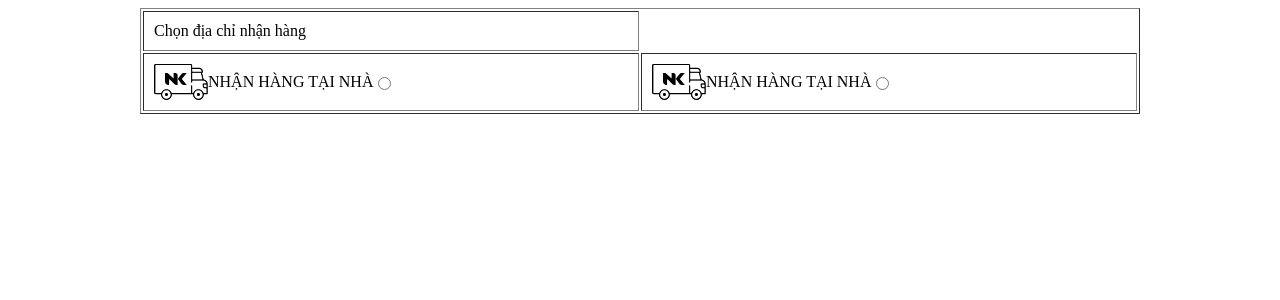
Repository: Tan-Khang21/TH_TKW--Buoi_04
Page: Bai_Tap_Tren_Lop/Bai_03/Bai_03.html
These files come from the project's save history. The page is drawn as it stood at one moment and after the next save; the edit follows.
The browser window is 1280 px wide. The pictures show the whole page.

Above is the page before, as saved 2024-03-07 21:38:17.

### Bai_Tap_Tren_Lop/Bai_03/Bai_03.html
<!DOCTYPE html>
<html lang="en">
  <head>
    <meta charset="UTF-8" />
    <meta name="viewport" content="width=device-width, initial-scale=1.0" />
    <link rel="stylesheet" href="style.css" />
    <title>Document</title>
  </head>
  <style>
    #redRadio:checked ~ #icon path {
      fill: yellow;
    }
  </style>
  <body>
    <form style="width: 1000px; margin: 0 auto">
      <table border="1px" cellpadding="10px" style="width: 1000px">
        <tr>
          <td>Chọn địa chỉ nhận hàng</td>
        </tr>
        <tr>
          <td>
            <div style="display: flex; align-items: center;">
              <svg
                id="icon"
                width="54"
                height="36"
                viewBox="0 0 54 36"
                fill="none"
              >
                <path
                  d="M44.4198 36C41.4513 36 39.0225 33.5712 39.0225 30.6027C39.0225 30.4138 38.8606 30.1709 38.6717 30.1709H18.1889C18 30.1709 17.8381 30.3328 17.8381 30.5217C17.8381 33.5442 15.4093 35.973 12.4408 35.973C9.47226 35.973 7.04348 33.5442 7.04348 30.5757C7.04348 30.3868 6.88156 30.1439 6.69265 30.1439H1.75412C0.944528 30.1439 0.134933 29.5232 0 28.8486V28.6597V1.51124C0 0.674663 0.944528 0 1.75412 0H36.6477C37.4843 0 38.1589 0.674663 38.1589 1.51124V3.50825C38.1589 3.69715 38.3208 3.85907 38.5097 3.85907H45.3643C47.2804 3.85907 48.8186 5.3973 48.8186 7.31334V8.28486C48.8186 8.52774 48.6297 8.77061 48.3868 8.82459C48.2789 8.85157 48.1979 8.90555 48.1439 8.98651C48.09 9.06747 48.09 9.17541 48.09 9.25637L49.6012 15.2744C49.6282 15.4093 49.7631 15.5172 49.8981 15.5442C52.03 15.8681 53.6492 17.7571 53.6492 19.916V29.6042C53.6492 29.901 53.4063 30.1439 53.1095 30.1439H50.1409C49.952 30.1439 49.7901 30.3058 49.7901 30.4948C49.8171 33.5712 47.3883 36 44.4198 36ZM44.4198 26.2849C42.045 26.2849 40.1289 28.2279 40.1289 30.5757C40.1289 32.9235 42.072 34.8666 44.4198 34.8666C46.7946 34.8666 48.7107 32.9505 48.7107 30.5757C48.7107 28.2009 46.7946 26.2849 44.4198 26.2849ZM12.4408 26.2849C10.066 26.2849 8.14993 28.2279 8.14993 30.5757C8.14993 32.9235 10.093 34.8666 12.4408 34.8666C14.7886 34.8666 16.7316 32.9775 16.7316 30.6027C16.7316 28.2279 14.7886 26.2849 12.4408 26.2849ZM44.4198 25.2054C46.7136 25.2054 48.7646 26.6627 49.5202 28.8486C49.5742 28.9835 49.7092 29.0915 49.8711 29.0915H52.2459C52.4348 29.0915 52.5967 28.9295 52.5967 28.7406V24.7196C52.5967 24.5307 52.4348 24.3688 52.2459 24.3688H51.2204C49.8441 24.3688 48.7376 23.2624 48.7376 21.8861V19.943C48.7376 19.6462 48.9805 19.4033 49.2774 19.4033H52.084C52.1919 19.4033 52.2999 19.3493 52.3808 19.2414C52.4348 19.1604 52.4618 19.0255 52.4348 18.9175C52.003 17.5412 50.7077 16.5967 49.2774 16.5967H38.5637C38.3748 16.5967 38.2129 16.7586 38.2129 16.9475V17.973C38.2129 18.2699 37.97 18.5127 37.6732 18.5127C37.3763 18.5127 37.1334 18.2699 37.1334 17.973V1.51124C37.1334 1.32234 36.9175 1.07946 36.7017 1.07946H1.75412C1.56522 1.07946 1.34933 1.32234 1.34933 1.51124V28.6597C1.34933 28.8486 1.56522 29.0915 1.78111 29.0915H7.01649C7.17841 29.0915 7.31334 28.9835 7.36732 28.8486C8.12294 26.6627 10.1739 25.2054 12.4678 25.2054C14.7616 25.2054 16.8126 26.6627 17.5682 28.8486C17.6222 28.9835 17.7571 29.0915 17.919 29.0915H36.7826C36.9715 29.0915 37.1334 28.9295 37.1334 28.7406V21.8861C37.1334 21.5892 37.3763 21.3463 37.6732 21.3463C37.97 21.3463 38.2129 21.5892 38.2129 21.8861V28.7406C38.2129 28.9295 38.3748 29.0915 38.5637 29.0915H38.9955C39.1574 29.0915 39.2924 28.9835 39.3463 28.8486C40.075 26.6627 42.1259 25.2054 44.4198 25.2054ZM50.1679 20.4828C49.979 20.4828 49.8171 20.6447 49.8171 20.8336V21.8591C49.8171 22.6147 50.4378 23.2624 51.2204 23.2624H52.2459C52.4348 23.2624 52.5967 23.1005 52.5967 22.9115V20.8606C52.5967 20.6717 52.4348 20.5097 52.2459 20.5097H50.1679V20.4828ZM38.5367 8.85157C38.3478 8.85157 38.1859 9.01349 38.1859 9.2024V15.1394C38.1859 15.3283 38.3478 15.4903 38.5367 15.4903H48.09C48.1979 15.4903 48.3059 15.4363 48.3868 15.3553C48.4678 15.2744 48.4678 15.1394 48.4408 15.0315L46.9565 9.09445C46.9026 8.93253 46.7676 8.82459 46.6057 8.82459H38.5367V8.85157ZM38.5367 4.96552C38.3478 4.96552 38.1859 5.12744 38.1859 5.31634V7.36732C38.1859 7.55622 38.3478 7.71814 38.5367 7.71814H47.3883C47.5772 7.71814 47.7391 7.55622 47.7391 7.36732C47.7391 6.01799 46.6867 4.93853 45.3643 4.93853H38.5367V4.96552Z"
                  fill="black"
                />
                <path
                  d="M44.4198 35.7301C41.5862 35.7301 39.2923 33.4363 39.2923 30.6027C39.2923 30.2789 39.0225 29.9011 38.6716 29.9011H18.1889C17.8381 29.9011 17.5682 30.1979 17.5682 30.5217C17.5682 31.925 17.0285 33.2204 16.0569 34.1919C15.0854 35.1634 13.8171 35.7032 12.4408 35.7032C9.60717 35.7032 7.31331 33.4093 7.31331 30.5757C7.31331 30.2519 7.04345 29.8741 6.69262 29.8741H1.75409C1.07943 29.8741 0.377782 29.3613 0.269836 28.7946V28.6327V1.51125C0.269836 0.836584 1.07943 0.269867 1.75409 0.269867H36.6476C37.3223 0.269867 37.889 0.836584 37.889 1.51125V3.50825C37.889 3.85907 38.1859 4.12894 38.5097 4.12894H45.3643C47.1184 4.12894 48.5487 5.55922 48.5487 7.31335V8.28486C48.5487 8.41979 48.4677 8.52774 48.3328 8.55472C48.1709 8.58171 48.009 8.68966 47.928 8.82459C47.847 8.95952 47.8201 9.14843 47.847 9.31035L49.3583 15.3283C49.4123 15.5712 49.6282 15.7601 49.871 15.8141C51.895 16.1109 53.4063 17.8921 53.4063 19.916V29.6042C53.4063 29.7661 53.2713 29.8741 53.1364 29.8741H50.1679C49.8171 29.8741 49.5472 30.1709 49.5472 30.4948C49.5472 31.8981 49.0075 33.1934 48.036 34.1649C47.0644 35.1904 45.7961 35.7301 44.4198 35.7301ZM44.4198 26.015C41.91 26.015 39.859 28.066 39.859 30.5757C39.859 33.0855 41.91 35.1364 44.4198 35.1364C46.9295 35.1364 48.9805 33.0855 48.9805 30.5757C48.9805 28.066 46.9295 26.015 44.4198 26.015ZM12.4408 26.015C9.93101 26.015 7.88003 28.066 7.88003 30.5757C7.88003 33.0855 9.93101 35.1364 12.4408 35.1364C14.9505 35.1364 17.0015 33.1124 17.0015 30.6027C17.0015 28.066 14.9505 26.015 12.4408 26.015ZM44.4198 25.4753C46.6057 25.4753 48.5487 26.8516 49.2503 28.9295C49.3313 29.1724 49.5742 29.3613 49.844 29.3613H52.2189C52.5697 29.3613 52.8396 29.0645 52.8396 28.7406V24.7196C52.8396 24.3688 52.5427 24.099 52.2189 24.099H51.1934C49.979 24.099 48.9805 23.1005 48.9805 21.8861V19.943C48.9805 19.7811 49.1154 19.6732 49.2503 19.6732H52.0839C52.2728 19.6732 52.4887 19.5652 52.5967 19.4033C52.7046 19.2414 52.7586 19.0255 52.6776 18.8366C52.1919 17.3523 50.8156 16.3268 49.2503 16.3268H38.5367C38.1859 16.3268 37.916 16.6237 37.916 16.9475V17.973C37.916 18.1349 37.7811 18.2429 37.6461 18.2429C37.4842 18.2429 37.3763 18.1079 37.3763 17.973V1.51125C37.3763 1.16042 37.0255 0.809597 36.6746 0.809597H1.75409C1.40327 0.809597 1.07943 1.16042 1.07943 1.51125V28.6597C1.07943 29.0105 1.43026 29.3613 1.78108 29.3613H7.01646C7.28633 29.3613 7.52921 29.1994 7.61017 28.9295C8.3388 26.8516 10.2818 25.4753 12.4408 25.4753C14.6267 25.4753 16.5697 26.8516 17.2713 28.9295C17.3523 29.1724 17.5952 29.3613 17.865 29.3613H36.7286C37.0794 29.3613 37.3493 29.0645 37.3493 28.7406V21.8861C37.3493 21.7241 37.4842 21.6162 37.6192 21.6162C37.7541 21.6162 37.889 21.7511 37.889 21.8861V28.7406C37.889 29.0915 38.1859 29.3613 38.5097 29.3613H38.9415C39.2114 29.3613 39.4542 29.1994 39.5352 28.9295C40.2908 26.8516 42.2339 25.4753 44.4198 25.4753ZM50.1679 20.2129C49.8171 20.2129 49.5472 20.5097 49.5472 20.8336V21.8591C49.5472 22.7766 50.3028 23.5322 51.2204 23.5322H52.2458C52.5967 23.5322 52.8665 23.2354 52.8665 22.9115V20.8606C52.8665 20.5097 52.5697 20.2399 52.2458 20.2399H50.1679V20.2129ZM38.5367 8.58171C38.1859 8.58171 37.916 8.87856 37.916 9.2024V15.1394C37.916 15.4903 38.2129 15.7601 38.5367 15.7601H48.0899C48.2788 15.7601 48.4677 15.6792 48.6027 15.5172C48.7106 15.3553 48.7646 15.1664 48.7106 14.9775L47.2264 9.04048C47.1454 8.77062 46.9025 8.55472 46.6057 8.55472H38.5367V8.58171ZM38.5367 4.69565C38.1859 4.69565 37.916 4.99251 37.916 5.31634V7.36732C37.916 7.71814 38.2129 7.98801 38.5367 7.98801H47.3883C47.7391 7.98801 48.009 7.69116 48.009 7.36732C48.009 5.85607 46.8485 4.66867 45.3643 4.66867H38.5367V4.69565Z"
                  fill="black"
                />
                <path
                  d="M12.4408 32.114C11.6042 32.114 10.9296 31.4393 10.9296 30.6027C10.9296 29.7661 11.6042 29.0915 12.4408 29.0915C13.2774 29.0915 13.9521 29.7661 13.9521 30.6027C13.9521 31.4393 13.2774 32.114 12.4408 32.114Z"
                  fill="black"
                />
                <path
                  d="M12.4408 31.8441C11.7661 31.8441 11.1994 31.2774 11.1994 30.6027C11.1994 29.928 11.7661 29.3613 12.4408 29.3613C13.1154 29.3613 13.6822 29.928 13.6822 30.6027C13.6822 31.2774 13.1154 31.8441 12.4408 31.8441Z"
                  fill="black"
                />
                <path
                  d="M44.4198 32.114C43.5832 32.114 42.9086 31.4393 42.9086 30.6027C42.9086 29.7661 43.5832 29.0915 44.4198 29.0915C45.2564 29.0915 45.9311 29.7661 45.9311 30.6027C45.9311 31.4393 45.2564 32.114 44.4198 32.114Z"
                  fill="black"
                />
                <path
                  d="M44.4198 31.8441C43.7451 31.8441 43.1784 31.2774 43.1784 30.6027C43.1784 29.928 43.7451 29.3613 44.4198 29.3613C45.0944 29.3613 45.6612 29.928 45.6612 30.6027C45.6612 31.2774 45.0944 31.8441 44.4198 31.8441Z"
                  fill="black"
                />
                <path
                  d="M15.0767 14.8238V20.9712C14.8826 21.0359 14.6884 20.9712 14.559 20.9712C14.1061 20.9712 13.7178 20.9065 13.2648 20.7771C12.0354 20.3889 11.3235 19.5476 11.1294 18.3182C11.0647 17.9299 11 17.5416 11 17.2181C11 14.565 11 11.9119 11 9.32355V9C11.0647 9 11.0647 9 11.1294 9C11.7118 9 12.2942 9 12.8766 9.06471C13.2001 9.06471 13.5237 9.12942 13.7825 9.25884C14.0413 9.32355 14.2355 9.51768 14.4296 9.64709C16.0473 11.2001 17.7298 12.8179 19.3475 14.3709C19.4122 14.4356 19.4769 14.5003 19.5416 14.565C19.6063 14.5003 19.6064 14.4356 19.6064 14.3709C19.6064 13.7885 19.6064 13.2061 19.6064 12.6237V9.25884V9C20.1887 9 20.7711 9 21.2888 9C21.5476 9 21.8712 9.06471 22.13 9.12942C22.9712 9.32355 23.4242 9.84122 23.5536 10.6824C23.6183 10.9413 23.6183 11.2001 23.6183 11.459C23.6183 12.6237 23.6183 13.7885 23.6183 14.9533C23.6183 16.8945 23.6183 18.9005 23.6183 20.8418C23.6183 20.9065 23.6183 20.9065 23.6183 20.9712H23.5536C22.8418 20.9712 22.1947 20.9065 21.5476 20.7124C21.1594 20.583 20.8358 20.3889 20.577 20.13C19.2181 18.8358 17.8592 17.5416 16.5003 16.2475C16.0473 15.7945 15.5944 15.4062 15.1414 14.9533C15.2061 14.9533 15.1414 14.8886 15.0767 14.8238Z"
                  fill="black"
                />
                <path
                  d="M32.807 20.9712C32.7423 20.9712 32.6776 20.9712 32.6776 20.9712C31.6423 20.9712 30.6069 20.9712 29.5716 20.9712C29.3127 20.9712 29.0539 20.9065 28.8598 20.8418C28.3421 20.7124 27.9538 20.3889 27.6303 20.0006C26.4008 18.3182 25.1713 16.7004 23.8771 15.018L23.8124 14.9533C24.0713 14.6297 24.2654 14.2415 24.5242 13.9179C25.4302 12.6237 26.4008 11.3942 27.4362 10.1648C27.5009 10.0354 27.695 9.84122 27.8244 9.64709C28.2127 9.25884 28.6656 9.06471 29.1833 9C29.4422 9 29.7657 9 30.0245 9C30.8658 9 31.707 9 32.4835 9H32.7423C31.0599 10.9413 29.3774 12.8826 27.8244 15.018C29.5069 17.024 31.1246 18.9652 32.807 20.9712Z"
                  fill="black"
                />
              </svg>
              <label for="redRadio">NHẬN HÀNG TẠI NHÀ</label>
              <input type="radio" id="redRadio" name="color" value="red" />
            </div>
          </td>
          <td>
            <div style="display: flex; align-items: center;">
              <svg
                id="icon"
                width="54"
                height="36"
                viewBox="0 0 54 36"
                fill="none"
              >
                <path
                  d="M44.4198 36C41.4513 36 39.0225 33.5712 39.0225 30.6027C39.0225 30.4138 38.8606 30.1709 38.6717 30.1709H18.1889C18 30.1709 17.8381 30.3328 17.8381 30.5217C17.8381 33.5442 15.4093 35.973 12.4408 35.973C9.47226 35.973 7.04348 33.5442 7.04348 30.5757C7.04348 30.3868 6.88156 30.1439 6.69265 30.1439H1.75412C0.944528 30.1439 0.134933 29.5232 0 28.8486V28.6597V1.51124C0 0.674663 0.944528 0 1.75412 0H36.6477C37.4843 0 38.1589 0.674663 38.1589 1.51124V3.50825C38.1589 3.69715 38.3208 3.85907 38.5097 3.85907H45.3643C47.2804 3.85907 48.8186 5.3973 48.8186 7.31334V8.28486C48.8186 8.52774 48.6297 8.77061 48.3868 8.82459C48.2789 8.85157 48.1979 8.90555 48.1439 8.98651C48.09 9.06747 48.09 9.17541 48.09 9.25637L49.6012 15.2744C49.6282 15.4093 49.7631 15.5172 49.8981 15.5442C52.03 15.8681 53.6492 17.7571 53.6492 19.916V29.6042C53.6492 29.901 53.4063 30.1439 53.1095 30.1439H50.1409C49.952 30.1439 49.7901 30.3058 49.7901 30.4948C49.8171 33.5712 47.3883 36 44.4198 36ZM44.4198 26.2849C42.045 26.2849 40.1289 28.2279 40.1289 30.5757C40.1289 32.9235 42.072 34.8666 44.4198 34.8666C46.7946 34.8666 48.7107 32.9505 48.7107 30.5757C48.7107 28.2009 46.7946 26.2849 44.4198 26.2849ZM12.4408 26.2849C10.066 26.2849 8.14993 28.2279 8.14993 30.5757C8.14993 32.9235 10.093 34.8666 12.4408 34.8666C14.7886 34.8666 16.7316 32.9775 16.7316 30.6027C16.7316 28.2279 14.7886 26.2849 12.4408 26.2849ZM44.4198 25.2054C46.7136 25.2054 48.7646 26.6627 49.5202 28.8486C49.5742 28.9835 49.7092 29.0915 49.8711 29.0915H52.2459C52.4348 29.0915 52.5967 28.9295 52.5967 28.7406V24.7196C52.5967 24.5307 52.4348 24.3688 52.2459 24.3688H51.2204C49.8441 24.3688 48.7376 23.2624 48.7376 21.8861V19.943C48.7376 19.6462 48.9805 19.4033 49.2774 19.4033H52.084C52.1919 19.4033 52.2999 19.3493 52.3808 19.2414C52.4348 19.1604 52.4618 19.0255 52.4348 18.9175C52.003 17.5412 50.7077 16.5967 49.2774 16.5967H38.5637C38.3748 16.5967 38.2129 16.7586 38.2129 16.9475V17.973C38.2129 18.2699 37.97 18.5127 37.6732 18.5127C37.3763 18.5127 37.1334 18.2699 37.1334 17.973V1.51124C37.1334 1.32234 36.9175 1.07946 36.7017 1.07946H1.75412C1.56522 1.07946 1.34933 1.32234 1.34933 1.51124V28.6597C1.34933 28.8486 1.56522 29.0915 1.78111 29.0915H7.01649C7.17841 29.0915 7.31334 28.9835 7.36732 28.8486C8.12294 26.6627 10.1739 25.2054 12.4678 25.2054C14.7616 25.2054 16.8126 26.6627 17.5682 28.8486C17.6222 28.9835 17.7571 29.0915 17.919 29.0915H36.7826C36.9715 29.0915 37.1334 28.9295 37.1334 28.7406V21.8861C37.1334 21.5892 37.3763 21.3463 37.6732 21.3463C37.97 21.3463 38.2129 21.5892 38.2129 21.8861V28.7406C38.2129 28.9295 38.3748 29.0915 38.5637 29.0915H38.9955C39.1574 29.0915 39.2924 28.9835 39.3463 28.8486C40.075 26.6627 42.1259 25.2054 44.4198 25.2054ZM50.1679 20.4828C49.979 20.4828 49.8171 20.6447 49.8171 20.8336V21.8591C49.8171 22.6147 50.4378 23.2624 51.2204 23.2624H52.2459C52.4348 23.2624 52.5967 23.1005 52.5967 22.9115V20.8606C52.5967 20.6717 52.4348 20.5097 52.2459 20.5097H50.1679V20.4828ZM38.5367 8.85157C38.3478 8.85157 38.1859 9.01349 38.1859 9.2024V15.1394C38.1859 15.3283 38.3478 15.4903 38.5367 15.4903H48.09C48.1979 15.4903 48.3059 15.4363 48.3868 15.3553C48.4678 15.2744 48.4678 15.1394 48.4408 15.0315L46.9565 9.09445C46.9026 8.93253 46.7676 8.82459 46.6057 8.82459H38.5367V8.85157ZM38.5367 4.96552C38.3478 4.96552 38.1859 5.12744 38.1859 5.31634V7.36732C38.1859 7.55622 38.3478 7.71814 38.5367 7.71814H47.3883C47.5772 7.71814 47.7391 7.55622 47.7391 7.36732C47.7391 6.01799 46.6867 4.93853 45.3643 4.93853H38.5367V4.96552Z"
                  fill="black"
                />
                <path
                  d="M44.4198 35.7301C41.5862 35.7301 39.2923 33.4363 39.2923 30.6027C39.2923 30.2789 39.0225 29.9011 38.6716 29.9011H18.1889C17.8381 29.9011 17.5682 30.1979 17.5682 30.5217C17.5682 31.925 17.0285 33.2204 16.0569 34.1919C15.0854 35.1634 13.8171 35.7032 12.4408 35.7032C9.60717 35.7032 7.31331 33.4093 7.31331 30.5757C7.31331 30.2519 7.04345 29.8741 6.69262 29.8741H1.75409C1.07943 29.8741 0.377782 29.3613 0.269836 28.7946V28.6327V1.51125C0.269836 0.836584 1.07943 0.269867 1.75409 0.269867H36.6476C37.3223 0.269867 37.889 0.836584 37.889 1.51125V3.50825C37.889 3.85907 38.1859 4.12894 38.5097 4.12894H45.3643C47.1184 4.12894 48.5487 5.55922 48.5487 7.31335V8.28486C48.5487 8.41979 48.4677 8.52774 48.3328 8.55472C48.1709 8.58171 48.009 8.68966 47.928 8.82459C47.847 8.95952 47.8201 9.14843 47.847 9.31035L49.3583 15.3283C49.4123 15.5712 49.6282 15.7601 49.871 15.8141C51.895 16.1109 53.4063 17.8921 53.4063 19.916V29.6042C53.4063 29.7661 53.2713 29.8741 53.1364 29.8741H50.1679C49.8171 29.8741 49.5472 30.1709 49.5472 30.4948C49.5472 31.8981 49.0075 33.1934 48.036 34.1649C47.0644 35.1904 45.7961 35.7301 44.4198 35.7301ZM44.4198 26.015C41.91 26.015 39.859 28.066 39.859 30.5757C39.859 33.0855 41.91 35.1364 44.4198 35.1364C46.9295 35.1364 48.9805 33.0855 48.9805 30.5757C48.9805 28.066 46.9295 26.015 44.4198 26.015ZM12.4408 26.015C9.93101 26.015 7.88003 28.066 7.88003 30.5757C7.88003 33.0855 9.93101 35.1364 12.4408 35.1364C14.9505 35.1364 17.0015 33.1124 17.0015 30.6027C17.0015 28.066 14.9505 26.015 12.4408 26.015ZM44.4198 25.4753C46.6057 25.4753 48.5487 26.8516 49.2503 28.9295C49.3313 29.1724 49.5742 29.3613 49.844 29.3613H52.2189C52.5697 29.3613 52.8396 29.0645 52.8396 28.7406V24.7196C52.8396 24.3688 52.5427 24.099 52.2189 24.099H51.1934C49.979 24.099 48.9805 23.1005 48.9805 21.8861V19.943C48.9805 19.7811 49.1154 19.6732 49.2503 19.6732H52.0839C52.2728 19.6732 52.4887 19.5652 52.5967 19.4033C52.7046 19.2414 52.7586 19.0255 52.6776 18.8366C52.1919 17.3523 50.8156 16.3268 49.2503 16.3268H38.5367C38.1859 16.3268 37.916 16.6237 37.916 16.9475V17.973C37.916 18.1349 37.7811 18.2429 37.6461 18.2429C37.4842 18.2429 37.3763 18.1079 37.3763 17.973V1.51125C37.3763 1.16042 37.0255 0.809597 36.6746 0.809597H1.75409C1.40327 0.809597 1.07943 1.16042 1.07943 1.51125V28.6597C1.07943 29.0105 1.43026 29.3613 1.78108 29.3613H7.01646C7.28633 29.3613 7.52921 29.1994 7.61017 28.9295C8.3388 26.8516 10.2818 25.4753 12.4408 25.4753C14.6267 25.4753 16.5697 26.8516 17.2713 28.9295C17.3523 29.1724 17.5952 29.3613 17.865 29.3613H36.7286C37.0794 29.3613 37.3493 29.0645 37.3493 28.7406V21.8861C37.3493 21.7241 37.4842 21.6162 37.6192 21.6162C37.7541 21.6162 37.889 21.7511 37.889 21.8861V28.7406C37.889 29.0915 38.1859 29.3613 38.5097 29.3613H38.9415C39.2114 29.3613 39.4542 29.1994 39.5352 28.9295C40.2908 26.8516 42.2339 25.4753 44.4198 25.4753ZM50.1679 20.2129C49.8171 20.2129 49.5472 20.5097 49.5472 20.8336V21.8591C49.5472 22.7766 50.3028 23.5322 51.2204 23.5322H52.2458C52.5967 23.5322 52.8665 23.2354 52.8665 22.9115V20.8606C52.8665 20.5097 52.5697 20.2399 52.2458 20.2399H50.1679V20.2129ZM38.5367 8.58171C38.1859 8.58171 37.916 8.87856 37.916 9.2024V15.1394C37.916 15.4903 38.2129 15.7601 38.5367 15.7601H48.0899C48.2788 15.7601 48.4677 15.6792 48.6027 15.5172C48.7106 15.3553 48.7646 15.1664 48.7106 14.9775L47.2264 9.04048C47.1454 8.77062 46.9025 8.55472 46.6057 8.55472H38.5367V8.58171ZM38.5367 4.69565C38.1859 4.69565 37.916 4.99251 37.916 5.31634V7.36732C37.916 7.71814 38.2129 7.98801 38.5367 7.98801H47.3883C47.7391 7.98801 48.009 7.69116 48.009 7.36732C48.009 5.85607 46.8485 4.66867 45.3643 4.66867H38.5367V4.69565Z"
                  fill="black"
                />
                <path
                  d="M12.4408 32.114C11.6042 32.114 10.9296 31.4393 10.9296 30.6027C10.9296 29.7661 11.6042 29.0915 12.4408 29.0915C13.2774 29.0915 13.9521 29.7661 13.9521 30.6027C13.9521 31.4393 13.2774 32.114 12.4408 32.114Z"
                  fill="black"
                />
                <path
                  d="M12.4408 31.8441C11.7661 31.8441 11.1994 31.2774 11.1994 30.6027C11.1994 29.928 11.7661 29.3613 12.4408 29.3613C13.1154 29.3613 13.6822 29.928 13.6822 30.6027C13.6822 31.2774 13.1154 31.8441 12.4408 31.8441Z"
                  fill="black"
                />
                <path
                  d="M44.4198 32.114C43.5832 32.114 42.9086 31.4393 42.9086 30.6027C42.9086 29.7661 43.5832 29.0915 44.4198 29.0915C45.2564 29.0915 45.9311 29.7661 45.9311 30.6027C45.9311 31.4393 45.2564 32.114 44.4198 32.114Z"
                  fill="black"
                />
                <path
                  d="M44.4198 31.8441C43.7451 31.8441 43.1784 31.2774 43.1784 30.6027C43.1784 29.928 43.7451 29.3613 44.4198 29.3613C45.0944 29.3613 45.6612 29.928 45.6612 30.6027C45.6612 31.2774 45.0944 31.8441 44.4198 31.8441Z"
                  fill="black"
                />
                <path
                  d="M15.0767 14.8238V20.9712C14.8826 21.0359 14.6884 20.9712 14.559 20.9712C14.1061 20.9712 13.7178 20.9065 13.2648 20.7771C12.0354 20.3889 11.3235 19.5476 11.1294 18.3182C11.0647 17.9299 11 17.5416 11 17.2181C11 14.565 11 11.9119 11 9.32355V9C11.0647 9 11.0647 9 11.1294 9C11.7118 9 12.2942 9 12.8766 9.06471C13.2001 9.06471 13.5237 9.12942 13.7825 9.25884C14.0413 9.32355 14.2355 9.51768 14.4296 9.64709C16.0473 11.2001 17.7298 12.8179 19.3475 14.3709C19.4122 14.4356 19.4769 14.5003 19.5416 14.565C19.6063 14.5003 19.6064 14.4356 19.6064 14.3709C19.6064 13.7885 19.6064 13.2061 19.6064 12.6237V9.25884V9C20.1887 9 20.7711 9 21.2888 9C21.5476 9 21.8712 9.06471 22.13 9.12942C22.9712 9.32355 23.4242 9.84122 23.5536 10.6824C23.6183 10.9413 23.6183 11.2001 23.6183 11.459C23.6183 12.6237 23.6183 13.7885 23.6183 14.9533C23.6183 16.8945 23.6183 18.9005 23.6183 20.8418C23.6183 20.9065 23.6183 20.9065 23.6183 20.9712H23.5536C22.8418 20.9712 22.1947 20.9065 21.5476 20.7124C21.1594 20.583 20.8358 20.3889 20.577 20.13C19.2181 18.8358 17.8592 17.5416 16.5003 16.2475C16.0473 15.7945 15.5944 15.4062 15.1414 14.9533C15.2061 14.9533 15.1414 14.8886 15.0767 14.8238Z"
                  fill="black"
                />
                <path
                  d="M32.807 20.9712C32.7423 20.9712 32.6776 20.9712 32.6776 20.9712C31.6423 20.9712 30.6069 20.9712 29.5716 20.9712C29.3127 20.9712 29.0539 20.9065 28.8598 20.8418C28.3421 20.7124 27.9538 20.3889 27.6303 20.0006C26.4008 18.3182 25.1713 16.7004 23.8771 15.018L23.8124 14.9533C24.0713 14.6297 24.2654 14.2415 24.5242 13.9179C25.4302 12.6237 26.4008 11.3942 27.4362 10.1648C27.5009 10.0354 27.695 9.84122 27.8244 9.64709C28.2127 9.25884 28.6656 9.06471 29.1833 9C29.4422 9 29.7657 9 30.0245 9C30.8658 9 31.707 9 32.4835 9H32.7423C31.0599 10.9413 29.3774 12.8826 27.8244 15.018C29.5069 17.024 31.1246 18.9652 32.807 20.9712Z"
                  fill="black"
                />
              </svg>
              <label for="redRadio">NHẬN HÀNG TẠI NHÀ</label>
              <input type="radio" id="redRadio" name="color" value="red" />
            </div>
          </td>
        </tr>
      </table>
    </form>
  </body>
</html>

### Bai_Tap_Tren_Lop/Bai_03/style.css
#label {
    color: black; /* Màu chữ mặc định */
}

#myCheckbox:checked + #label {
    color: red; /* Màu chữ thay đổi khi checkbox được check */
}

After the next save:
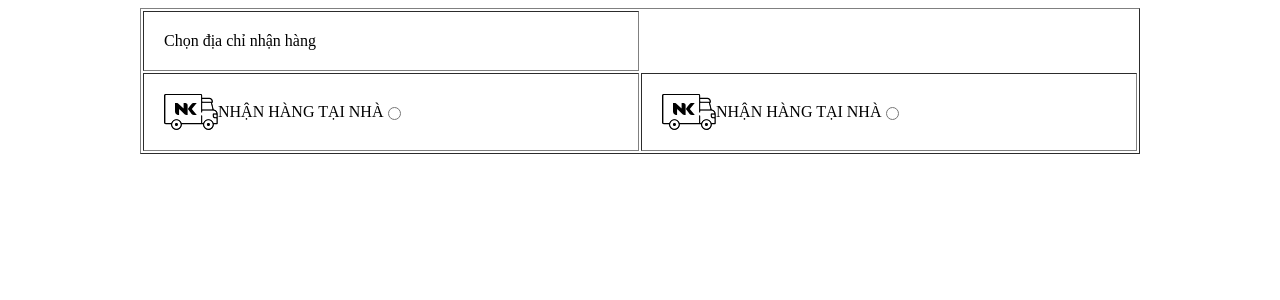
Saved 59 s later.
--- a/Bai_Tap_Tren_Lop/Bai_03/Bai_03.html
+++ b/Bai_Tap_Tren_Lop/Bai_03/Bai_03.html
@@ -13,7 +13,7 @@
   </style>
   <body>
     <form style="width: 1000px; margin: 0 auto">
-      <table border="1px" cellpadding="10px" style="width: 1000px">
+      <table border="1px" cellpadding="20px" style="width: 1000px">
         <tr>
           <td>Chọn địa chỉ nhận hàng</td>
         </tr>

After the save that followed:
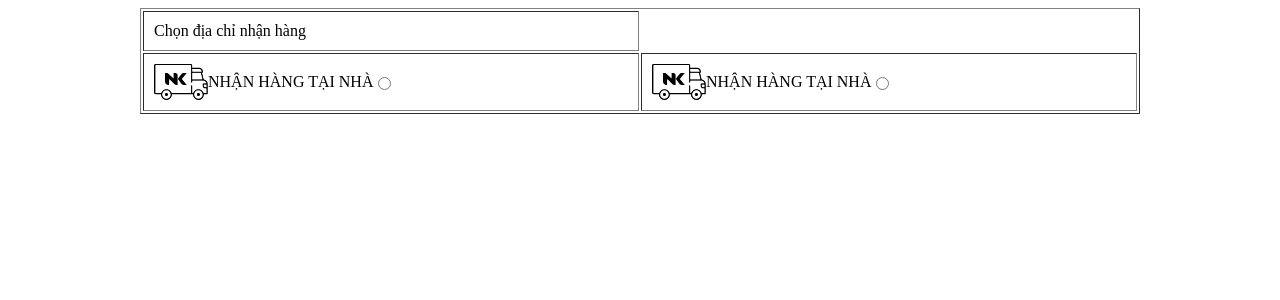
Saved 8 s later.
--- a/Bai_Tap_Tren_Lop/Bai_03/Bai_03.html
+++ b/Bai_Tap_Tren_Lop/Bai_03/Bai_03.html
@@ -13,7 +13,7 @@
   </style>
   <body>
     <form style="width: 1000px; margin: 0 auto">
-      <table border="1px" cellpadding="20px" style="width: 1000px">
+      <table border="1px" cellpadding="10px" style="width: 1000px">
         <tr>
           <td>Chọn địa chỉ nhận hàng</td>
         </tr>
